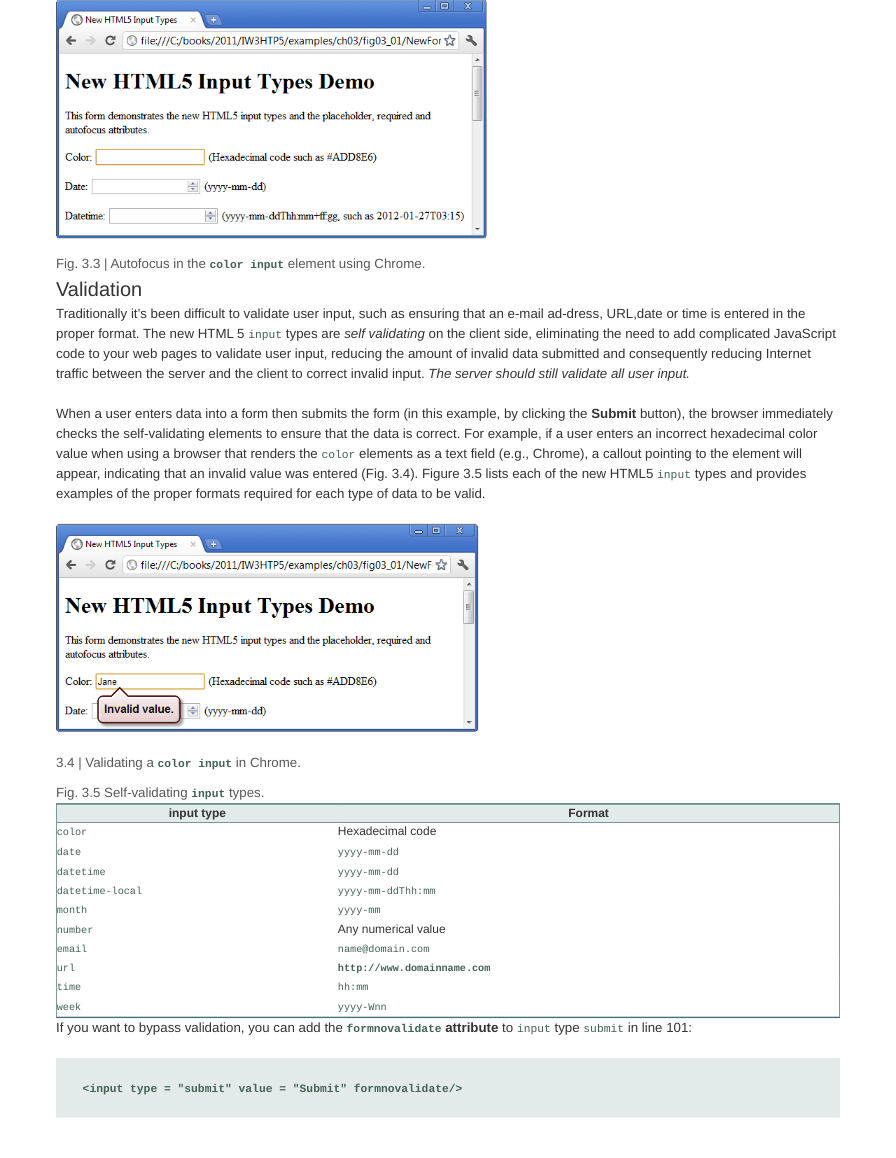
Repository: mlmEFSC21/P4-Textbook-Copy
Page: index.html
An editor plug-in stored every save of this project. The page is shown before and after the next save, followed by the edit.
The browser window is 1280 px wide. The pictures show the part of the page from y = 878 to 2798 px (the page is 2532 px tall before and 2798 px after), at 70% of full size.

Above is the page before, as saved 2022-02-03 19:01:32.

After the next save:
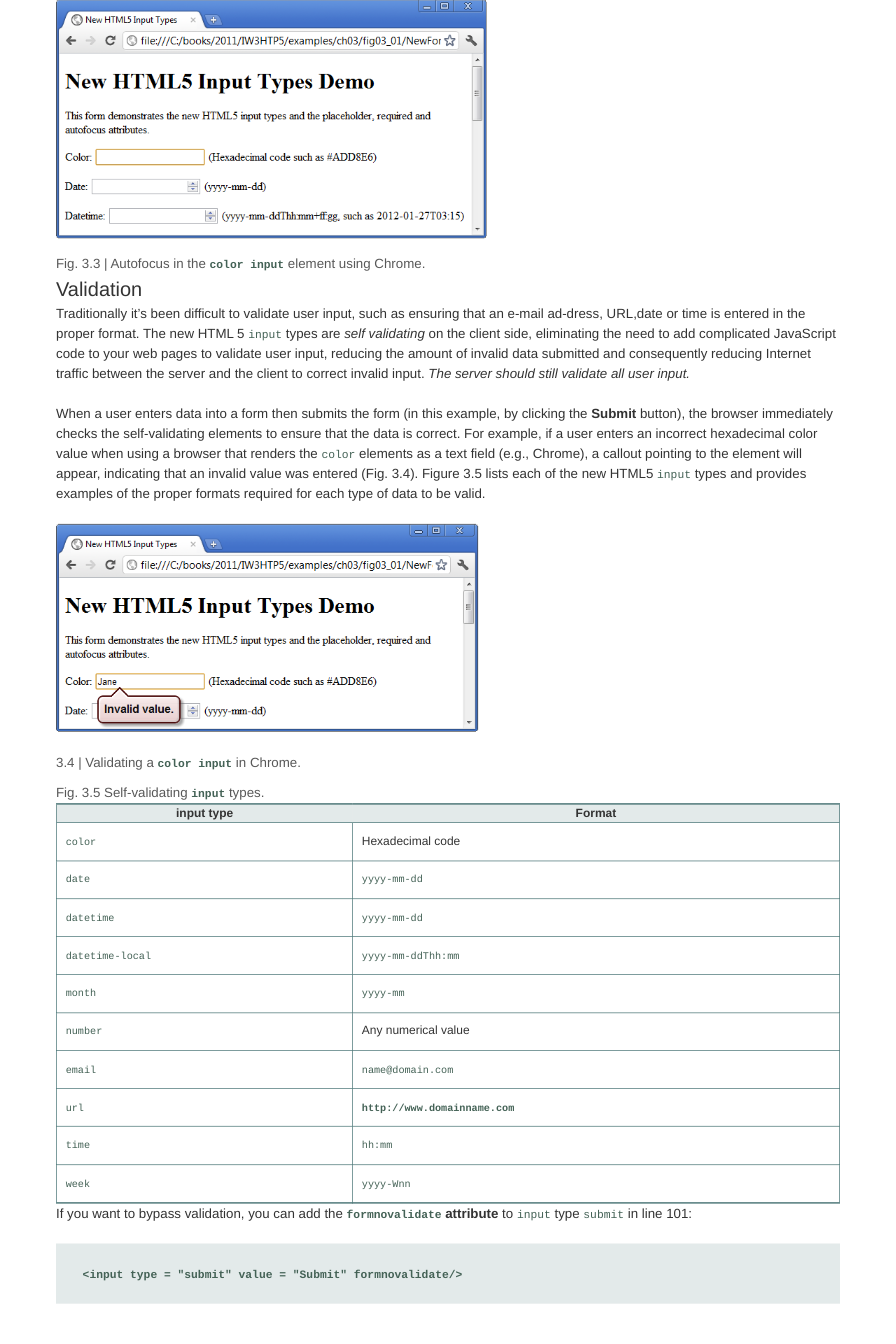
Saved 47 s later.
--- a/bookStyles.css
+++ b/bookStyles.css
@@ -85,7 +85,7 @@ tr {
     vertical-align: baseline;
 }
 table td {
-    border: 1px solid var(--clr-table-border)
+    border: 1px solid var(--clr-table-border);
     padding: 0.75em;
     margin: 0;
     vertical-align: top;
